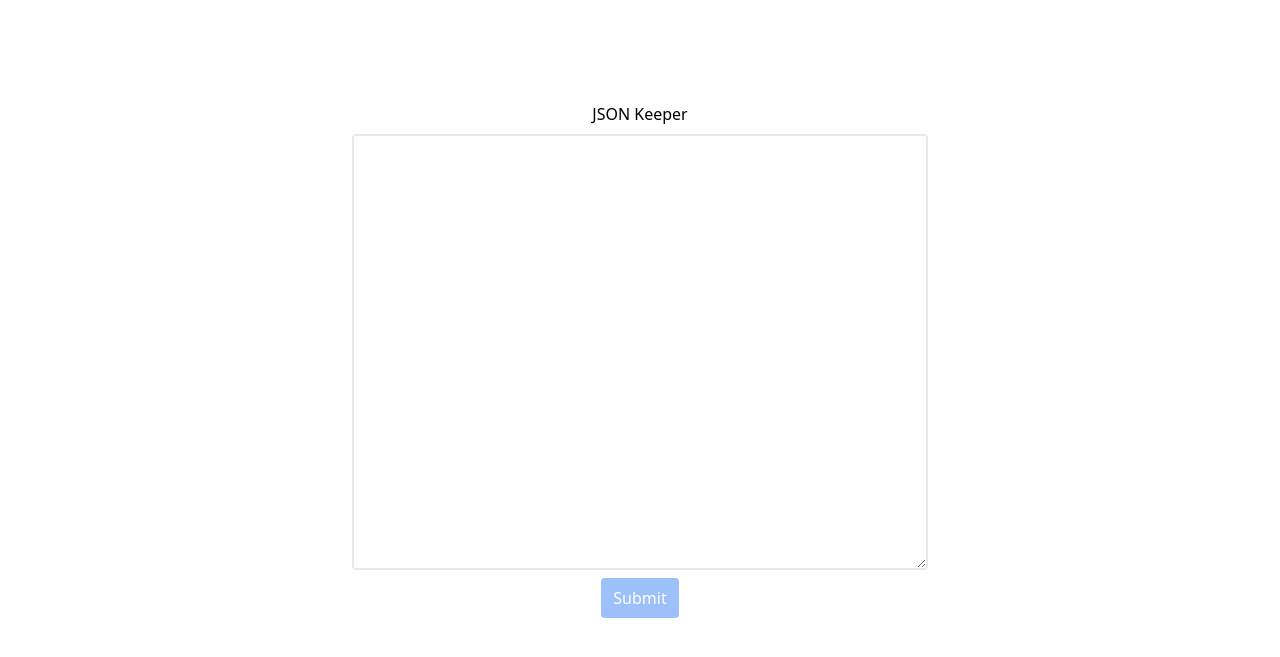
Repository: lakshithapramodya/jsonhub
Page: / (app in client/)
These files come from the project's save history. The page is drawn as it stood at one moment and after the next save; the edit follows.
The browser window is 1280 px wide. The pictures show the whole page.
The page's requests for data from a server got no answer. The project was rebuilt for these pictures with package versions that can differ from the ones it lists, and the page was loaded fresh each time. No one was signed in, and anything a server would have sent is missing. Also part of the build but not shown: client/src/HandleJsonData.js.

Above is the page before, as saved 2023-05-10 12:10:57.

After the next save:
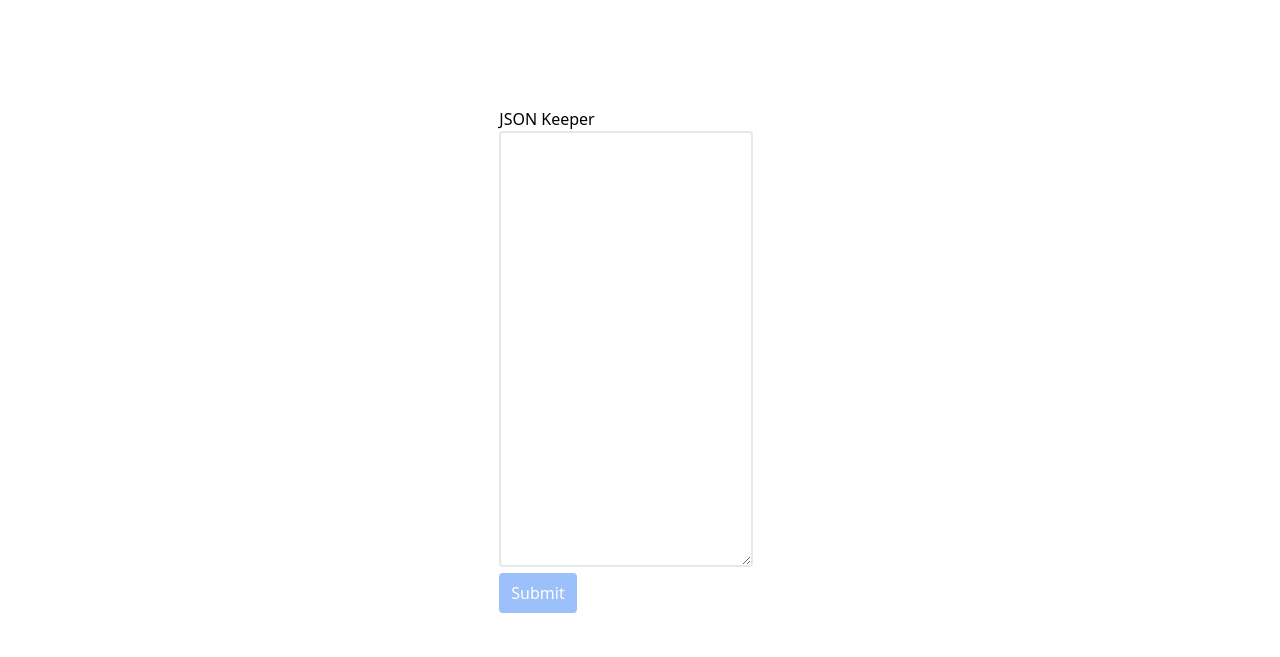
Saved 17 s later.
--- a/client/src/App.js
+++ b/client/src/App.js
@@ -45,20 +45,22 @@ function App() {
           onSubmit={handleSubmit}
           className="flex flex-col items-center justify-center w-full space-y-2"
         >
-          <h1 className="">JSON Keeper</h1>
-          <textarea
-            onChange={(e) => setInput(e.target.value)}
-            value={input}
-            rows={18}
-            className="border-2 w-[90%] rounded"
-          />
-          <button
-            className="bg-blue-500 p-2 px-3 rounded text-white disabled:opacity-50"
-            disabled={!isJsonString(input)}
-            type="submit"
-          >
-            Submit
-          </button>
+          <div>
+            <h1 className="">JSON Keeper</h1>
+            <textarea
+              onChange={(e) => setInput(e.target.value)}
+              value={input}
+              rows={18}
+              className="border-2 w-[90%] rounded"
+            />
+            <button
+              className="bg-blue-500 p-2 px-3 rounded text-white disabled:opacity-50"
+              disabled={!isJsonString(input)}
+              type="submit"
+            >
+              Submit
+            </button>
+          </div>
         </form>
       </div>
     </div>
